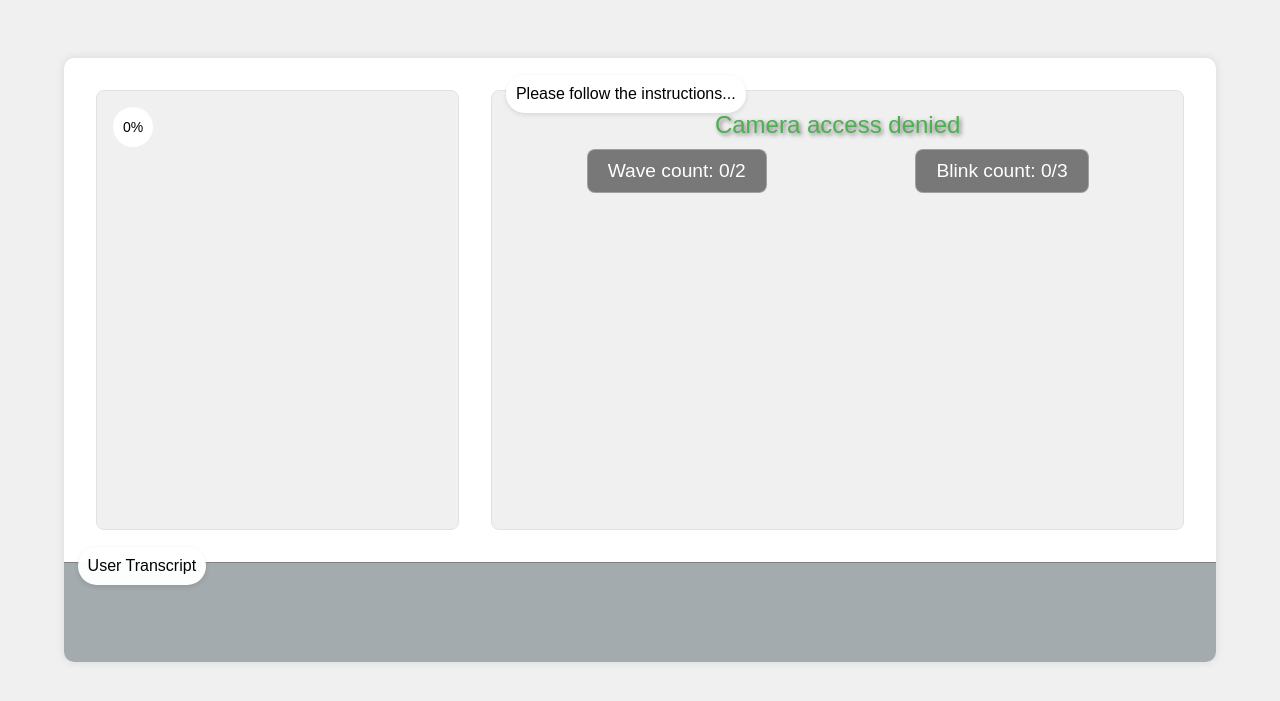
Repository: Ayaanns/E-kyc-BE-project
Page: http://localhost/
The author's editor kept a copy of each file at every save. The page is drawn from the files as they stood at one save, then again after the next save.
The browser window is 1280 px wide. The pictures show the whole page.
The page is served by the project's application, run on Django 4.2 (manage.py). A made-up administrator, testuser (Test User, test@example.com), is signed in. Other server files are loaded and not shown.

Above is the page before, as saved 2025-03-02 02:40:00.

### templates/home.html
<!DOCTYPE html>
<html lang="en">
<head>
    {% load static %}
    <meta charset="UTF-8">
    <meta name="viewport" content="width=device-width, initial-scale=1.0">
    <link rel="stylesheet" href="{% static 'styles.css' %}">
    <style>
        .webcam-feed {
            /* position: relative; */
            width: 100%;
            height: auto;
        }

        .webcam-feed video {
            /* position: absolute; */
            width: 105%;
            height: 110%;
            border-radius: 15px;
            object-fit: cover;
        }

        /* Overlay container for status indicators */
        .status-overlay {
            position: absolute;
            top: 0;
            left: 0;
            right: 0;
            /* z-index: 10; */
            padding: 20px;
            /* background: linear-gradient(to bottom, rgba(0,0,0,0.7) 0%, transparent 100%); */
            border-radius: 15px 15px 0 0;
        }

        .status-indicators {
            display: flex;
            justify-content: space-around;
            margin: 10px 0;
            font-size: 1.2em;
        }

        .status-box {
            background: rgba(0,0,0,0.5);
            padding: 10px 20px;
            border-radius: 8px;
            text-align: center;
            color: white;
            border: 1px solid rgba(255,255,255,0.3);
        }

        .verification-message {
            font-size: 1.5em;
            color: #4caf50;
            text-align: center;
            margin: 0 0 10px 0;
            text-shadow: 2px 2px 4px rgba(0,0,0,0.5);
        }

        .questions {
            position: absolute;
            /* bottom: 20px; */
            /* left: 0;
            right: 0; */
            text-align: center;
            color: rgb(0, 0, 0);
            background: rgba(255, 255, 255, 0.973);
            padding: 10px;
            margin: 0 20px;
            /* border-radius: 8px; */
        }
    </style>
</head>
<body>
    <div class="container">
        <div class="content">
            <div class="result-feed">
                <div class="completion-circle" id="completion-circle">0%</div>
            </div>
            <div class="webcam-feed">
                <video id="webcam" autoplay></video>
                <div class="status-overlay">
                    <div class="verification-message" id="messageText">Starting verification...</div>
                    <div class="status-indicators">
                        <div class="status-box">
                            Wave count: <span id="waveCount">0</span>/2
                        </div>
                        <div class="status-box">
                            Blink count: <span id="blinkCount">0</span>/3
                        </div>
                    </div>
                </div>
                <canvas id="canvasElement" style="display:none;"></canvas>
                <div class="questions" id="questions">Please follow the instructions...</div>
            </div>
        </div>
        <div class="transcript-section">
            <span class="questions">User Transcript</span>
            <p id="transcript"></p>
        </div>
    </div>

    <script>
        // Existing initialization code
        const video = document.getElementById('webcam');
        const canvas = document.getElementById('canvasElement');
        const ctx = canvas.getContext('2d');
        let verificationComplete = false;

        // Initialize webcam with human verification
        async function initCamera() {
            try {
                const stream = await navigator.mediaDevices.getUserMedia({ video: true });
                video.srcObject = stream;
                startVerificationProcess();
            } catch (err) {
                console.error("Error accessing camera:", err);
                document.getElementById('messageText').textContent = "Camera access denied";
            }
        }

        // Process frames for verification
        function processFrame() {
            if (verificationComplete) return;

            if (video.readyState === video.HAVE_ENOUGH_DATA) {
                canvas.width = video.videoWidth;
                canvas.height = video.videoHeight;
                ctx.drawImage(video, 0, 0);

                const frameData = canvas.toDataURL('image/jpeg');

                // Update the fetch URL to match the Django URL pattern
                fetch('{% url "process_frame" %}', {
                    method: 'POST',
                    headers: {
                        'Content-Type': 'application/json',
                        'X-CSRFToken': getCookie('csrftoken')
                    },
                    body: JSON.stringify({
                        frame: frameData
                    })
                })
                .then(response => response.json())
                .then(data => {
                    updateVerificationUI(data);
                    if (!data.phase_complete) {
                        requestAnimationFrame(processFrame);
                    }
                })
                .catch(err => {
                    console.error("Error:", err);
                    requestAnimationFrame(processFrame);
                });
            } else {
                requestAnimationFrame(processFrame);
            }
        }

        // Update UI with verification status
        function updateVerificationUI(data) {
            document.getElementById('messageText').textContent = data.message;
            document.getElementById('waveCount').textContent = data.wave_count;
            document.getElementById('blinkCount').textContent = data.blink_count;

            // Calculate completion percentage
            const totalSteps = 5; // 2 waves + 3 blinks
            const completedSteps = data.wave_count + data.blink_count;
            const percentage = Math.round((completedSteps / totalSteps) * 100);
            updateProgressCircle(percentage);

            if (data.phase_complete) {
                verificationComplete = true;
                startNLPProcess();
            }
        }

        // Existing helper functions
        function updateProgressCircle(percentage) {
            const circle = document.getElementById('completion-circle');
            circle.textContent = percentage + '%';
            circle.style.background = `conic-gradient(#4caf50 ${percentage * 3.6}deg, #ddd ${percentage * 3.6}deg)`;
        }

        function updateTranscript(data) {
            const transcript = document.getElementById('transcript');
            transcript.textContent = `First Name: ${data.first_name}, Last Name: ${data.last_name}, Age: ${data.age}, Phone: ${data.phone}`;
        }

        function askQuestion(question) {
            const questionsDiv = document.getElementById('questions');
            questionsDiv.textContent = question;
        }

        function startVerificationProcess() {
            document.getElementById('messageText').textContent = "Wave your hand to begin";
            processFrame();
        }

        // Modified startNLPProcess
        function startNLPProcess() {
            document.getElementById('messageText').textContent = "Verification complete! Starting voice recognition...";
            fetch('/nlp_process/')
                .then(response => response.json())
                .then(data => {
                    if (data.status === 'success') {
                        updateTranscript(data);
                        askQuestion("NLP process complete.");
                    } else {
                        askQuestion("NLP process failed.");
                    }
                })
                .catch(error => console.error('Error:', error));
        }

        // Get CSRF token
        function getCookie(name) {
            let cookieValue = null;
            if (document.cookie && document.cookie !== '') {
                const cookies = document.cookie.split(';');
                for (let i = 0; i < cookies.length; i++) {
                    const cookie = cookies[i].trim();
                    if (cookie.substring(0, name.length + 1) === (name + '=')) {
                        cookieValue = decodeURIComponent(cookie.substring(name.length + 1));
                        break;
                    }
                }
            }
            return cookieValue;
        }

        // Start the process
        document.addEventListener('DOMContentLoaded', (event) => {
            initCamera();
        });
    </script>
</body>
</html>

### ekyc/models.py
from django.db import models
from django.contrib.auth.models import AbstractBaseUser, PermissionsMixin, BaseUserManager
from django.utils import timezone
import random

class CustomUserManager(BaseUserManager):
    def create_user(self, email, username, password=None, **extra_fields):
        if not email:
            raise ValueError("The Email field must be set")
        email = self.normalize_email(email)
        user = self.model(email=email, username=username, **extra_fields)
        user.set_password(password)
        user.save(using=self._db)
        return user

    def create_superuser(self, email, username, password=None, **extra_fields):
        #extra_fields.setdefault('is_staff', True)
        extra_fields.setdefault('is_superuser', True)

        # if not extra_fields.get('is_staff'):
        #     raise ValueError("Superuser must have is_staff=True.")
        if not extra_fields.get('is_superuser'):
            raise ValueError("Superuser must have is_superuser=True.")

        return self.create_user(email, username, password, **extra_fields)

class CustomUser(AbstractBaseUser, PermissionsMixin):
    email = models.EmailField(unique=True)
    username = models.CharField(max_length=150, unique=True)
    is_active = models.BooleanField(default=True)
    pin = models.CharField(max_length=6)
    created_at = models.DateTimeField(auto_now_add=True)
    expires_at = models.DateTimeField(default=timezone.now)
    is_verified = models.BooleanField(default=True)

    objects = CustomUserManager()

    USERNAME_FIELD = 'email'
    REQUIRED_FIELDS = ['username']

    def __str__(self):
        return self.email


    def generate_pin(self):
        self.pin = str(random.randint(100000, 999999))
        self.expires_at = timezone.now() + timezone.timedelta(minutes=2)
        self.save()
        return self.pin

    def verify_pin(self, entered_pin):
        if timezone.now() > self.expires_at:
            return False, "PIN has Expired!"

        if self.pin != entered_pin:
            return False, "Incorrect PIN!"

        self.is_verified = True
        self.save()
        return True, "Email Successfully Verified!"


#models for sending the code and receving the code.
# class SendCode(models.Model): #for sending the code
#     email = models.OneToOneField(CustomUser, null=True, on_delete=models.CASCADE)
#     send_code = models.CharField(max_length=20)
#
#     def __str__(self):
#         return self.send_code
#
# class ReceivedCode(models.Model): #for sending the code
#     email = models.OneToOneField(CustomUser, null=True, on_delete=models.CASCADE)
#     receive_code = models.CharField(max_length=20)
#
#     def __str__(self):
#         return self.receive_code

# Create your models here.
class KYCSession(models.Model):
    name = models.CharField(max_length=100)
    birth_date = models.DateField()
    id_card_image = models.ImageField(upload_to='id_cards/')
    liveness_score = models.FloatField()
    result = models.TextField()
    created_at = models.DateTimeField(auto_now_add=True)

    def __str__(self):
        return self.name

### ekyc_project/urls.py
"""
URL configuration for ekyc_project project.

The `urlpatterns` list routes URLs to views. For more information please see:
    https://docs.djangoproject.com/en/4.2/topics/http/urls/
Examples:
Function views
    1. Add an import:  from my_app import views
    2. Add a URL to urlpatterns:  path('', views.home, name='home')
Class-based views
    1. Add an import:  from other_app.views import Home
    2. Add a URL to urlpatterns:  path('', Home.as_view(), name='home')
Including another URLconf
    1. Import the include() function: from django.urls import include, path
    2. Add a URL to urlpatterns:  path('blog/', include('blog.urls'))
"""

from django.contrib import admin
from django.urls import path, include

urlpatterns = [
    path("admin/", admin.site.urls),
    path('', include('ekyc.urls')),  # Include ekyc app URLs
]

### ekyc/urls.py
from django.urls import path
from . import views

urlpatterns = [
    path('', views.ekyc_home, name="ekyc_home"),
    path('process_video/', views.process_video, name="process_video"),
    path('process_id_card/', views.process_id_card, name="process_id_card"),
    path('human_verification/', views.human_verification, name='human_verification'),
    path('nlp_process/', views.nlp_process, name='nlp_process'),
    path('ocr_process/', views.ocr_process, name='ocr_process'),
    path('process_frame/', views.process_frame, name='process_frame'),
    path('capture_photo/', views.capture_photo, name='capture_photo'),

    #login related routes
    path('login/', views.Login.as_view(), name="login"),
    path('signup/', views.signup_view, name="signup"),
    path('verify/', views.verify_pin, name="verify_pin"),
]

### ekyc/static/styles.css
* {
    margin: 0;
    padding: 0;
    box-sizing: border-box;
}

body {
    font-family: Arial, sans-serif;
    background-color: #f0f0f0;
    height: 100vh;
    display: flex;
    justify-content: center;
    align-items: center;
}

.container {
    width: 90%;
    max-width: 1200px;
    background: white;
    border-radius: 10px;
    box-shadow: 0 0 10px rgba(0,0,0,0.1);
    overflow: hidden;
}

.navbar {
    background: #f8f9fa;
    padding: 1rem;
    border-bottom: 1px solid #dee2e6;
}

.content {
    display: flex;
    padding: 2rem;
    gap: 2rem;
    height: 70vh;
}

.webcam-feed {
    flex: 2;
    background: #f0f0f0;
    border-radius: 8px;
    padding: 1rem;
    position: relative;
    border: 1px solid#dee2e6;
}

.result-feed {
    flex: 1;
    background: #f0f0f0;
    border-radius: 8px;
    padding: 1rem;
    border: 1px solid#dee2e6;
}

.questions {
    top: -1em;
    left: -.4em;
    position: absolute;
    background: white;
    padding: 0.5rem 1rem;
    border-radius: 20px;
    box-shadow: 0 2px 5px rgba(0,0,0,0.1);
}

.transcript-section {
    border-top: 1px solid gray;
    position: relative;
    text-align: left;
    background-color:#a3abaf;
    padding: 2em;
    height: 100px;
}

.completion-circle {
    right: 20px;
    bottom: 20px;
    width: 40px;
    height: 40px;
    border-radius: 50%;
    background: white;
    display: flex;
    align-items: center;
    justify-content: center;
    font-size: 14px;
}

/* Placeholder circles for demo */
/*
.circle {
    width: 100px;
    height: 100px;
    border-radius: 50%;
    border: 2px solid #dee2e6;
    margin: 20px auto;
}

.eye-shape {
    width: 200px;
    height: 100px;
    border-radius: 0 0 100px 100px;
    border: 2px solid #dee2e6;
    margin: 20px auto;
    transform: rotate(180deg);
}
*/

Loaded but not shown: ekyc/views.py (255 lines, source omitted)

After the next save:
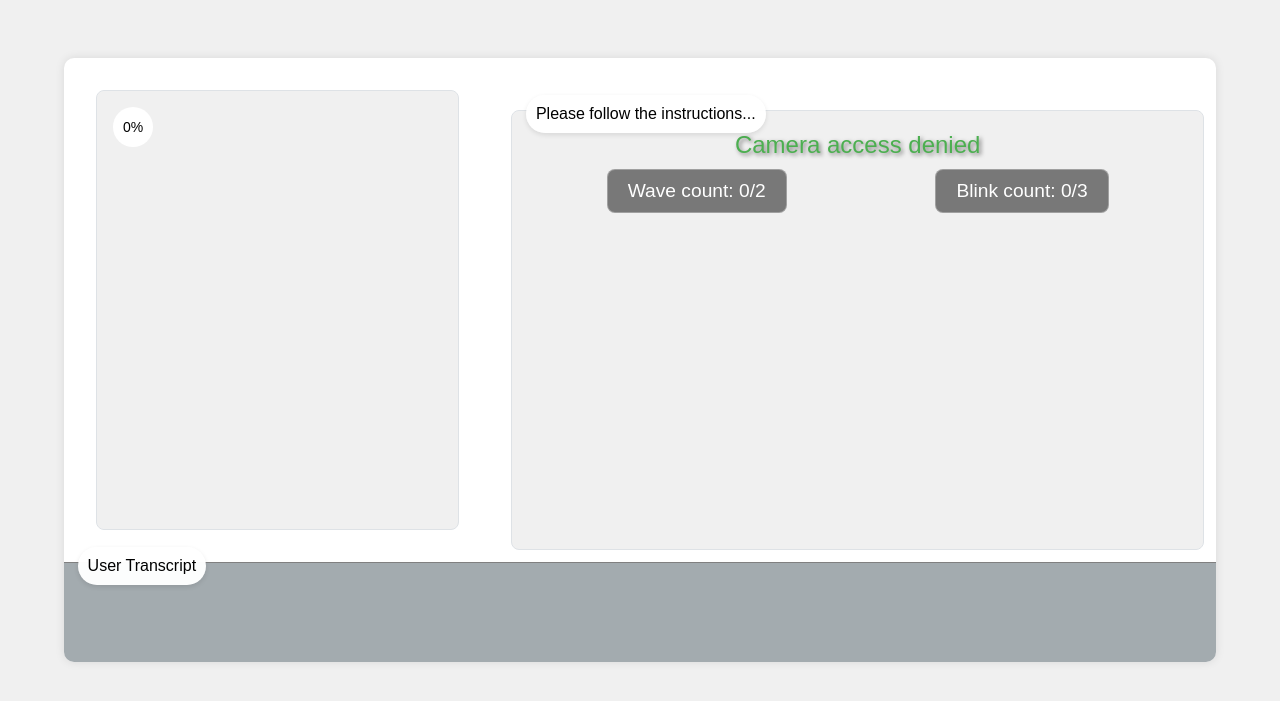
Saved 113 s later.
--- a/templates/home.html
+++ b/templates/home.html
@@ -10,6 +10,8 @@
             /* position: relative; */
             width: 100%;
             height: auto;
+            top: 20px;
+            left: 20px;
         }
 
         .webcam-feed video {

After the save that followed:
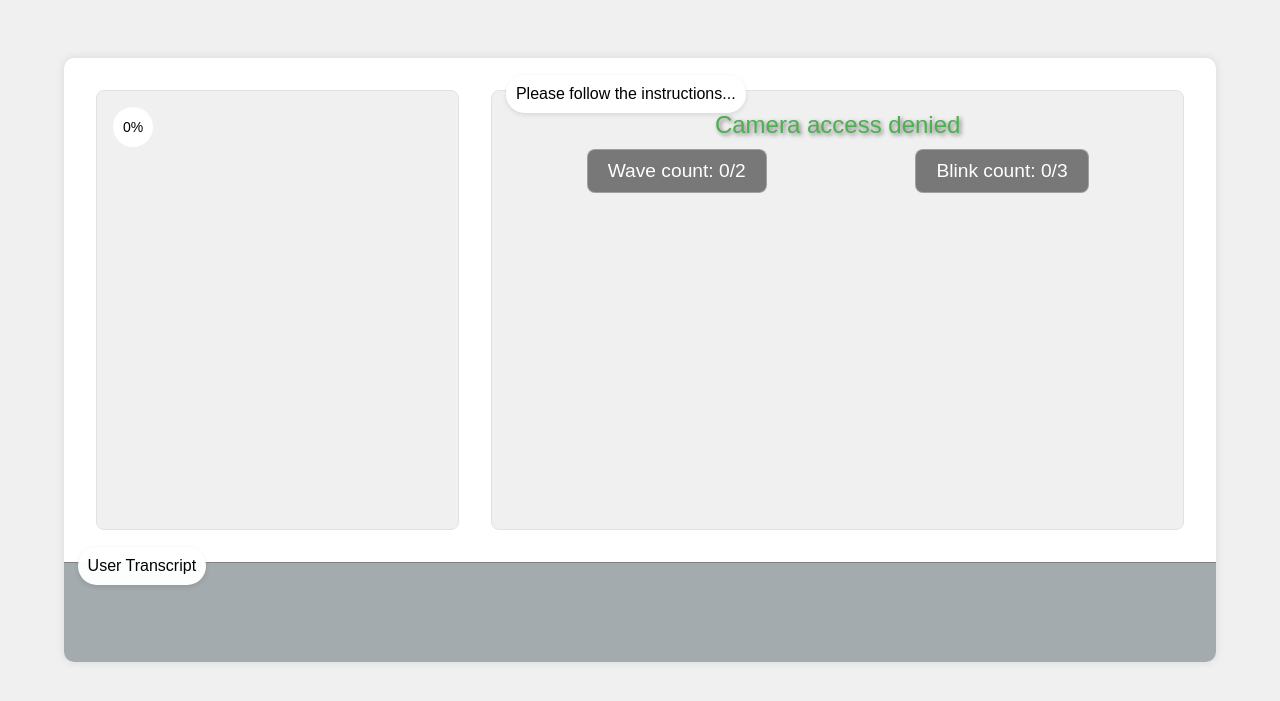
Saved 29 s later.
--- a/templates/home.html
+++ b/templates/home.html
@@ -10,8 +10,6 @@
             /* position: relative; */
             width: 100%;
             height: auto;
-            top: 20px;
-            left: 20px;
         }
 
         .webcam-feed video {
@@ -20,6 +18,11 @@
             height: 110%;
             border-radius: 15px;
             object-fit: cover;
+        }
+
+        #webcam {
+            top: 20px;
+            left: 20px;
         }
 
         /* Overlay container for status indicators */
